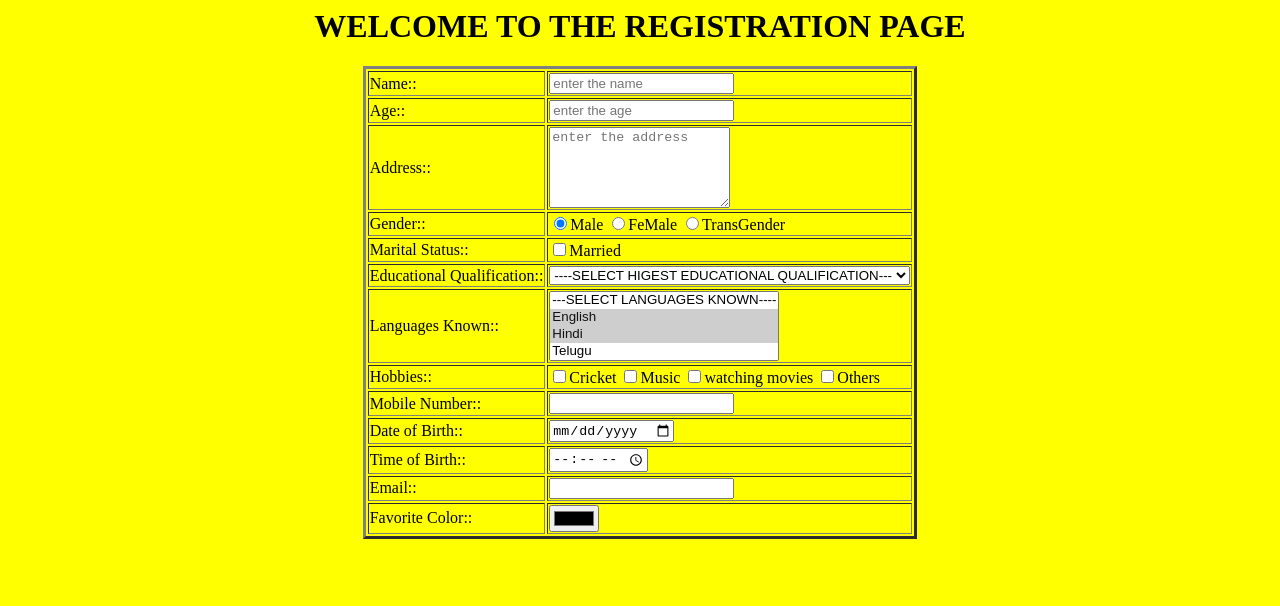
Repository: shivaramkrishna53/SERVLET_PROJECTS
Page: proj12-WorkingWithDifferentFormComponents-RegistrationApp/WebContent/input.html
These files come from the project's save history. The page is drawn as it stood at one moment and after the next save; the edit follows.
The browser window is 1280 px wide. The pictures show the whole page.

Above is the page before, as saved 2021-01-12 15:08:52.

After the next save:
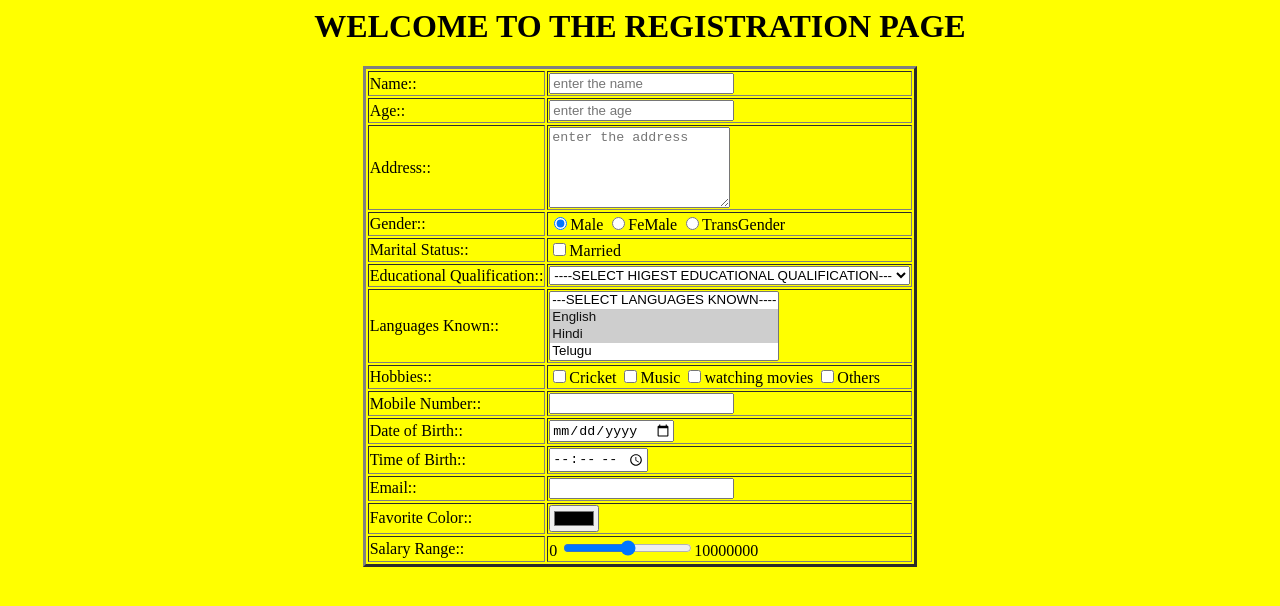
Saved 4 min 33 s later.
--- a/proj12-WorkingWithDifferentFormComponents-RegistrationApp/WebContent/input.html
+++ b/proj12-WorkingWithDifferentFormComponents-RegistrationApp/WebContent/input.html
@@ -107,6 +107,11 @@ Educational Qualification::
 <input type="color" name="color">
 </td>
 </tr>
+<tr>
+<td>Salary Range::</td>
+<td>0 <input type="range" name="salary">10000000
+</td>
+</tr>
 </table>
 </form>
 </center>
